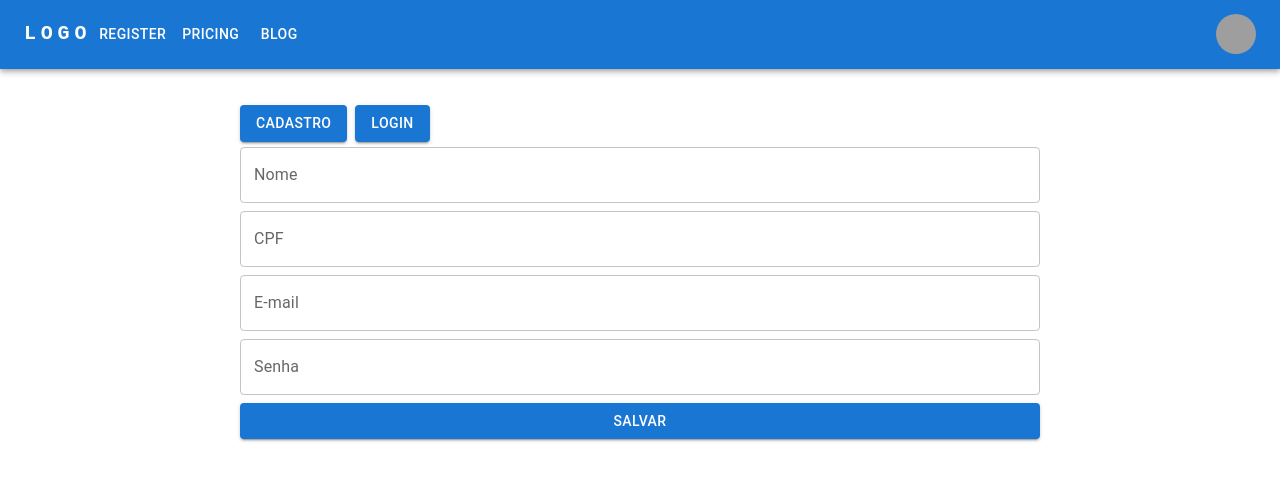
Repository: GabrielLeao02/sistema-react
Page: /register
The author's editor kept a copy of each file at every save. The page is drawn from the files as they stood at one save, then again after the next save.
The browser window is 1280 px wide. The pictures show the whole page.
Pictures or frames that could not be fetched are drawn as grey boxes. The project was rebuilt for these pictures with package versions that can differ from the ones it lists, and the page was loaded fresh each time. Also part of the build but not shown: src/presenter/home/home.tsx.

Above is the page before, as saved 2023-07-24 15:13:55.

### index.html
<!DOCTYPE html>
<html lang="en">
  <head>
    <meta charset="UTF-8" />
    <link rel="icon" type="image/svg+xml" href="/vite.svg" />
    <meta name="viewport" content="width=device-width, initial-scale=1.0" />
    <title>Vite + React + TS</title>
    <style>
      html, body{
        margin: 0;
        padding: 0;
        box-sizing: border-box;
      }
    </style>
  </head>
  <body>
    <div id="root"></div>
    <script type="module" src="/src/main.tsx"></script>
  </body>
</html>

### src/App.tsx

import { Routes, Route, BrowserRouter } from 'react-router-dom';
import Home from './presenter/home/home';
import Register from './presenter/register/register';
import NavBar from './presenter/navBar/navBar';
import ContainerGlobal from './presenter/containerGlobal/containerGlobal';

function App() {
	return (
		<>
			<NavBar />
			<ContainerGlobal>
				<BrowserRouter>
					<Routes>
						<Route path='/' element={<Home />} />
						<Route path='/home' element={<Home />} />
						<Route path='/register' element={<Register />} />
					</Routes>
				</BrowserRouter>
			</ContainerGlobal>
		</>
	);
}

export default App;

### src/presenter/register/register.tsx
import { styled } from "styled-components";
import Button from '@mui/material/Button';
import { useState } from 'react';
import FormUser from "../form/formUser";

const ContainerStyled = styled.div`
  box-sizing: border-box;
  display: flex;
  justify-content: center;
  flex-direction: column;
  align-items: start;
  margin-top: 80px;
  width: 80%;
  max-width: 800px;
`;

const DivRowStyled = styled.div`
    box-sizing: border-box;
    display: flex;
    gap: 5px 10px;
`


function Register() {
    const [mostrarBotao, setMostrar] = useState(true);

    return (
        <>

            <ContainerStyled>
                <div style={{ display: 'flex', gap: '8px', margin: '5px 0px' }}>
                    <Button variant="contained">Cadastro</Button>
                    <Button variant="contained">Login</Button>
                </div>
                {mostrarBotao == true ? (<FormUser />) : <div></div>}

            </ContainerStyled>
        </>
    )
}
export default Register

### src/presenter/navBar/navBar.tsx
import * as React from 'react';
import AppBar from '@mui/material/AppBar';
import Box from '@mui/material/Box';
import Toolbar from '@mui/material/Toolbar';
import IconButton from '@mui/material/IconButton';
import Typography from '@mui/material/Typography';
import Menu from '@mui/material/Menu';
import MenuIcon from '@mui/icons-material/Menu';
import Container from '@mui/material/Container';
import Avatar from '@mui/material/Avatar';
import Button from '@mui/material/Button';
import Tooltip from '@mui/material/Tooltip';
import MenuItem from '@mui/material/MenuItem';
import { styled } from "styled-components";

const NavBarStyled = styled.div`
  box-sizing: border-box;
  position: absolute;
  top: 0;
  width: 100%;
  display: flex;
  border: non;
  justify-content: space-between;
  align-items: center;
`;

const pages = ['register', 'Pricing', 'Blog'];
const settings = ['Profile', 'Account', 'Dashboard', 'Logout'];

const NavBar: React.VFC = () => {
    const [anchorElNav, setAnchorElNav] = React.useState<null | HTMLElement>(null);
    const [anchorElUser, setAnchorElUser] = React.useState<null | HTMLElement>(null);

    const handleOpenNavMenu = (event: React.MouseEvent<HTMLElement>) => {
        setAnchorElNav(event.currentTarget);
    };
    const handleOpenUserMenu = (event: React.MouseEvent<HTMLElement>) => {
        setAnchorElUser(event.currentTarget);
    };

    const handleCloseNavMenu = (event: string) => {
        window.location.href = "/" + event;
    };

    const handleCloseUserMenu = () => {
        setAnchorElUser(null);
    };

    return (
        <NavBarStyled>
            <AppBar position="static">
                <Container maxWidth="xl">
                    <Toolbar disableGutters>
                        <Typography
                            variant="h6"
                            noWrap
                            component="a"
                            href="/home"
                            sx={{
                                fontFamily: 'monospace',
                                fontWeight: 700,
                                letterSpacing: '.3rem',
                                color: 'inherit',
                                textDecoration: 'none',
                            }}
                        >
                            LOGO
                        </Typography>

                        <Box sx={{ flexGrow: 1, display: { xs: 'flex', md: 'none' } }}>
                            <IconButton
                                size="large"
                                aria-label="account of current user"
                                aria-controls="menu-appbar"
                                aria-haspopup="true"
                                onClick={handleOpenNavMenu}
                                color="inherit"
                            >
                                <MenuIcon />
                            </IconButton>
                            <Menu
                                id="menu-appbar"
                                anchorEl={anchorElNav}
                                anchorOrigin={{
                                    vertical: 'bottom',
                                    horizontal: 'left',
                                }}
                                keepMounted
                                transformOrigin={{
                                    vertical: 'top',
                                    horizontal: 'left',
                                }}
                                open={Boolean(anchorElNav)}
                                onClose={handleCloseNavMenu}
                                sx={{
                                    display: { xs: 'block', md: 'none' },
                                }}
                            >
                                {pages.map((page) => (
                                    <MenuItem key={page} onClick={() => handleCloseNavMenu(page)}>
                                        <Typography textAlign="center">{page}</Typography>
                                    </MenuItem>
                                ))}
                            </Menu>
                        </Box>

                        <Box sx={{ flexGrow: 1, display: { xs: 'none', md: 'flex' } }}>
                            {pages.map((page) => (
                                <Button
                                    key={page}
                                    onClick={() => handleCloseNavMenu(page)}
                                    sx={{ my: 2, color: 'white', display: 'block' }}
                                >
                                    {page}
                                </Button>
                            ))}
                        </Box>

                        <Box sx={{ flexGrow: 0 }}>
                            <Tooltip title="Open settings">
                                <IconButton onClick={handleOpenUserMenu} sx={{ p: 0 }}>
                                    <Avatar alt="Remy Sharp" src="/static/images/avatar/2.jpg" />
                                </IconButton>
                            </Tooltip>
                            <Menu
                                sx={{ mt: '45px' }}
                                id="menu-appbar"
                                anchorEl={anchorElUser}
                                anchorOrigin={{
                                    vertical: 'top',
                                    horizontal: 'right',
                                }}
                                keepMounted
                                transformOrigin={{
                                    vertical: 'top',
                                    horizontal: 'right',
                                }}
                                open={Boolean(anchorElUser)}
                                onClose={handleCloseUserMenu}
                            >
                                {settings.map((setting) => (
                                    <MenuItem key={setting} onClick={handleCloseUserMenu}>
                                        <Typography textAlign="center">{setting}</Typography>
                                    </MenuItem>
                                ))}
                            </Menu>
                        </Box>
                    </Toolbar>
                </Container>
            </AppBar>
        </NavBarStyled>
    );
};

export default NavBar;

### src/presenter/containerGlobal/containerGlobal.tsx
import styled from "styled-components";

const ContainerGlobal = styled.div`
    padding: 20px;
    box-sizing: border-box;
    width: 100%;
    display: flex;
    justify-content: center;

`
export default ContainerGlobal

### src/presenter/form/formUser.tsx
import React, { useState } from "react";
import Button from "@mui/material/Button";
import TextField from "@mui/material/TextField";
import styled from "styled-components";
import ContainerGlobal from "../containerGlobal/containerGlobal";
import { SelectChangeEvent } from '@mui/material/Select';
import { isCNPJ, formatToCNPJ, isCPF } from 'brazilian-values';
import bcrypt from 'bcryptjs';
const FormStyled = styled.div`
  box-sizing: border-box;
  display: flex;
  flex-direction: column;
  width: 100%;
  gap: 8px;
`;

function FormUser() {
    const [usuario_email_error, setUsuarioEmailError] = useState(false);
    const [emailErrorText, setEmailErrorText] = useState("");
    const [cpfErrorText, setCpfErrorText] = useState("");
    const [isCpf, setIsCpf] = useState(false);
    const [formData, setFormData] = useState({
        usuario_nome: "",
        usuario_cpf: "",
        usuario_email: "",
        usuario_senha: ""

    });

    const handleChange = (e: SelectChangeEvent<string[]> | React.ChangeEvent<{ name: string; value: unknown }>) => {
        const { name, value } = e.target as HTMLInputElement;
        setFormData((prevData) => ({ ...prevData, [name]: value }));
    };

    const isEmailValid = (email: string) => {
        // Expressão regular para validar o email
        const emailRegex = /^[^\s@]+@[^\s@]+\.[^\s@]+$/;
        return emailRegex.test(email);
    };


    const handleSubmit = async () => {
        try {
            const { usuario_nome, usuario_cpf, usuario_email, usuario_senha } = formData;

            if (!isCPF(usuario_cpf)) {
                setIsCpf(true)
                setCpfErrorText("Cpf Invalido!")
                return;
            } else {
                setIsCpf(false)
                setCpfErrorText("")
            }

            if (!isEmailValid(usuario_email)) {
                setUsuarioEmailError(true)
                setEmailErrorText("Insira um email valido!")
                return;
            } else {
                setUsuarioEmailError(false)
                setEmailErrorText("")
            }

            const saltRounds = 10;
            const hashedPassword = await bcrypt.hash(usuario_senha, saltRounds);
            formData.usuario_senha = hashedPassword;
            const response = await fetch("http://localhost:5000/salvarusuario", {
                method: "POST",
                headers: {
                    "Content-Type": "application/json",
                },
                body: JSON.stringify(formData),
            });

            if (!response.ok) {
                throw new Error("Erro ao salvar os dados do formulário");
            }

            console.log(response.json());
            // Opcionalmente, você pode redefinir os campos do formulário aqui
            setFormData({
                usuario_nome: "",
                usuario_cpf: "",
                usuario_email: "",
                usuario_senha: ""
            });
        } catch (error) {
            console.error(error);
        }
    };

    return (
        <>

                <FormStyled>
                    <TextField
                        id="usuario_nome"
                        name="usuario_nome"
                        label="Nome"
                        variant="outlined"
                        value={formData.usuario_nome}
                        onChange={handleChange}
                    />
                    <TextField
                        id="usuario_cpf"
                        name="usuario_cpf"
                        label="CPF"
                        error={isCpf}
                        variant="outlined"
                        value={formData.usuario_cpf}
                        onChange={handleChange}
                        helperText={cpfErrorText}
                    />
                    <TextField
                        id="usuario_email"
                        name="usuario_email"
                        error={usuario_email_error}
                        label="E-mail"
                        type="email"
                        variant="outlined"
                        value={formData.usuario_email}
                        onChange={handleChange}
                        helperText={emailErrorText}
                    />                    <TextField
                        id="usuario_senha"
                        name="usuario_senha"
                        error={usuario_email_error}
                        label="Senha"
                        type="password"
                        variant="outlined"
                        value={formData.usuario_senha}
                        onChange={handleChange}
                        helperText={emailErrorText}
                    />

                    <Button variant="contained" onClick={handleSubmit}>
                        Salvar
                    </Button>
                </FormStyled>

        </>
    );
}

export default FormUser;

Loaded but not shown: src/main.tsx (common file)

After the next save:
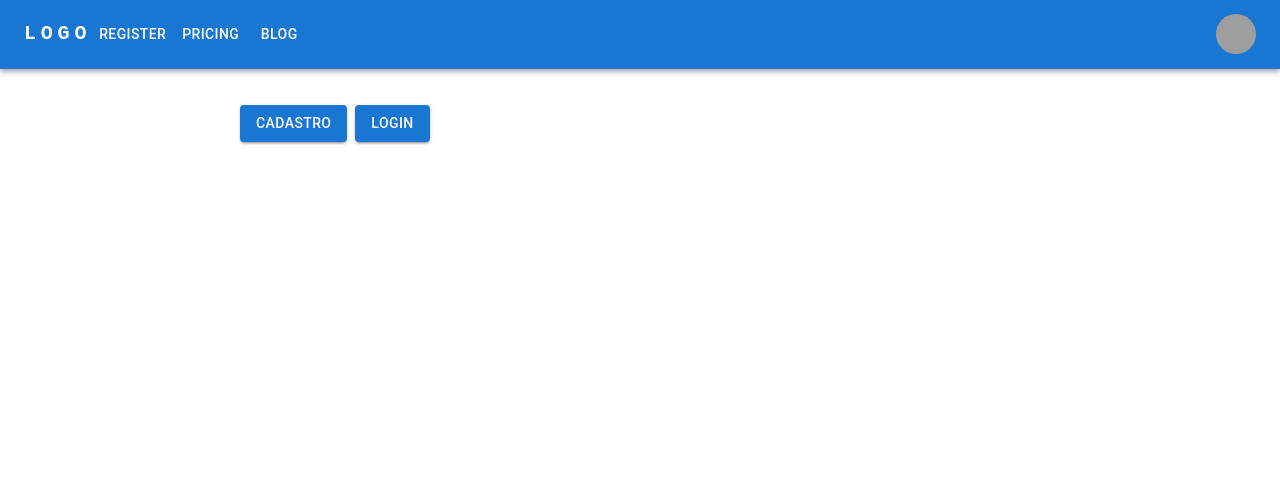
Saved 6 s later.
--- a/src/presenter/register/register.tsx
+++ b/src/presenter/register/register.tsx
@@ -22,7 +22,7 @@
 
 
 function Register() {
-    const [mostrarBotao, setMostrar] = useState(true);
+    const [mostrarBotao, setMostrar] = useState(false);
 
     return (
         <>

After the 2 saves that followed:
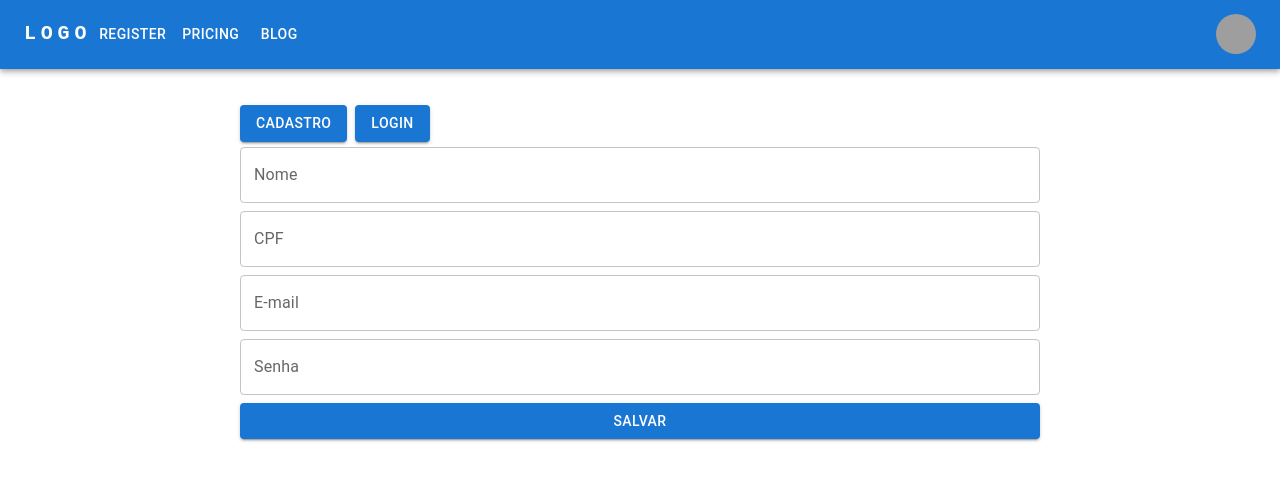
The 2 saves are shown as one change because 1 left the picture as it was.
The last was saved 14 s later.
--- a/src/presenter/register/register.tsx
+++ b/src/presenter/register/register.tsx
@@ -22,7 +22,7 @@
 
 
 function Register() {
-    const [mostrarBotao, setMostrar] = useState(false);
+    const [mostrarBotao, setMostrar] = useState(true);
 
     return (
         <>
@@ -32,7 +32,7 @@
                     <Button variant="contained">Cadastro</Button>
                     <Button variant="contained">Login</Button>
                 </div>
-                {mostrarBotao == true ? (<FormUser />) : <div></div>}
+                {mostrarBotao == true ? <FormUser /> : <div></div>}
 
             </ContainerStyled>
         </>
